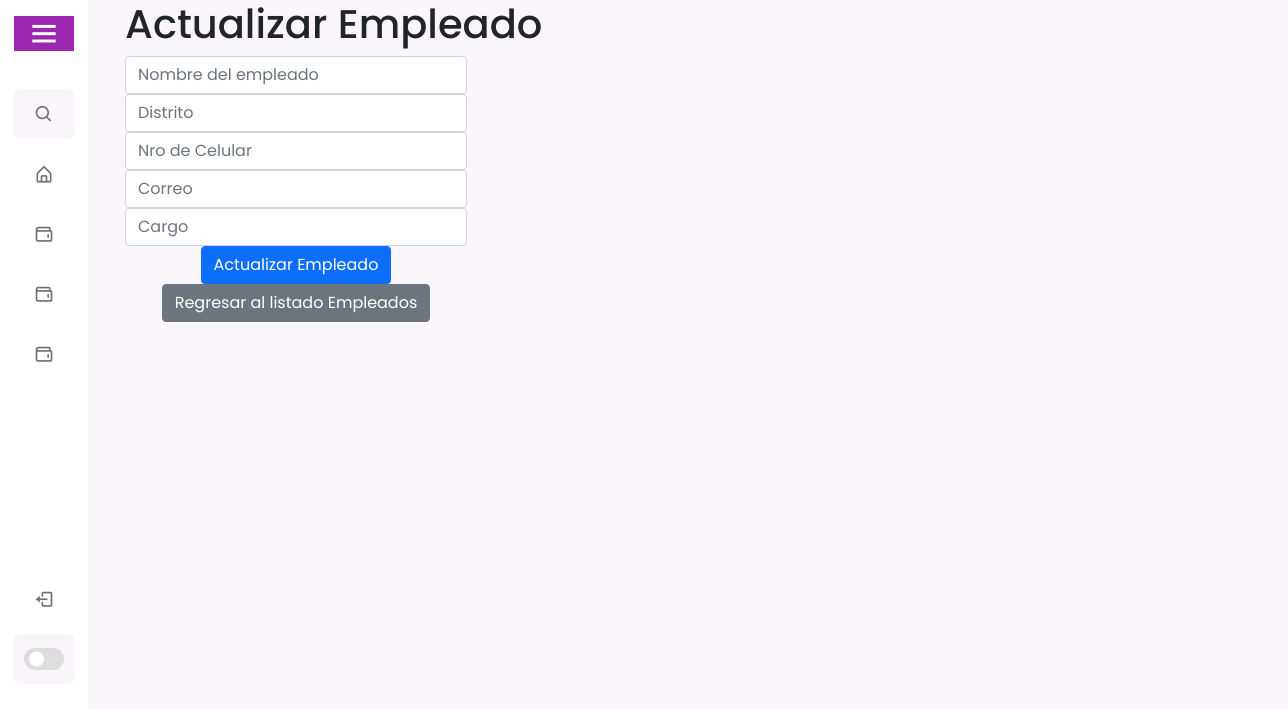
Repository: JersonRLP/ProyectoWebJSP
Page: http://localhost/CineHome/FrmActualizarEmpleado.jsp
The author's editor kept a copy of each file at every save. The page is drawn from the files as they stood at one save, then again after the next save.
The browser window is 1280 px wide. The page is 1288 px wide, so the pictures cover 1288 px, including what lies to the right of the window. The pictures show the whole page.
Some web libraries are served in a nearby version. The page is served by Tomcat 9.

Above is the page before, as saved 2024-10-31 14:21:06.
Console error: TypeError: Cannot read properties of undefined (reading 'fn')

After the next save:
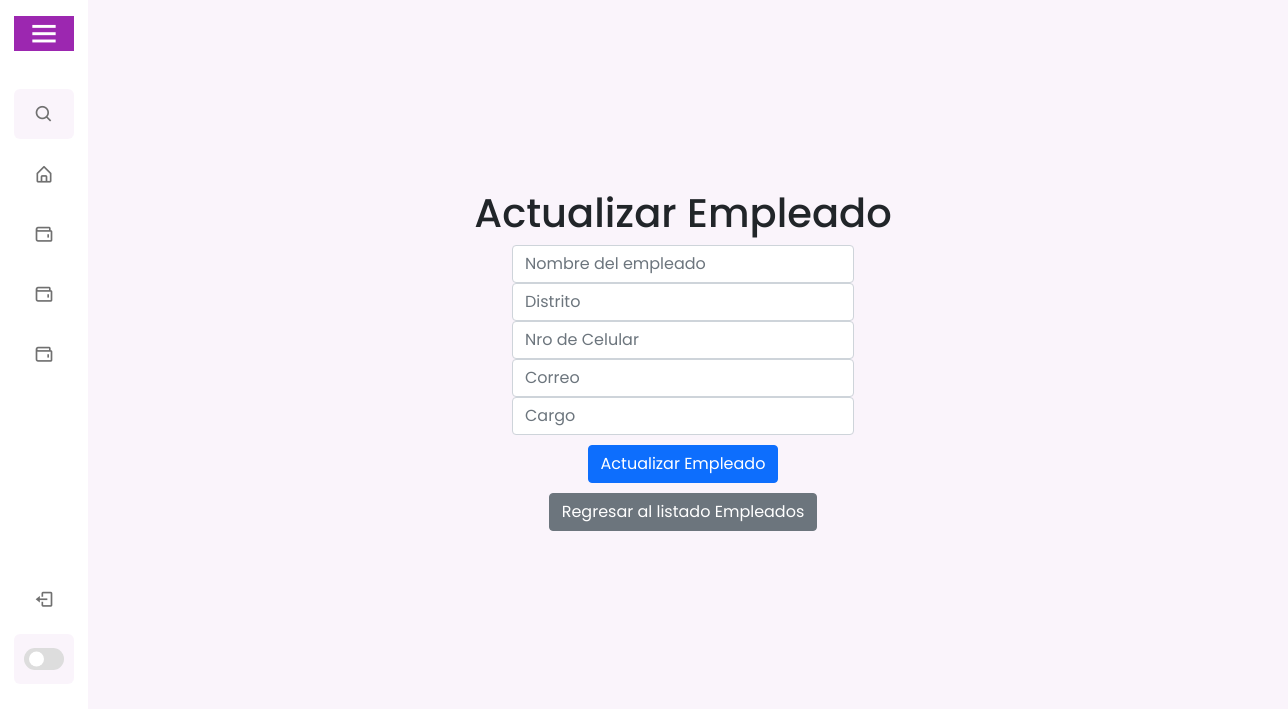
Saved 2 min 16 s later.
--- a/CineHome/WebContent/FrmActualizarEmpleado.jsp
+++ b/CineHome/WebContent/FrmActualizarEmpleado.jsp
@@ -13,7 +13,7 @@
 <script src="https://cdn.jsdelivr.net/npm/popper.js@1.12.9/dist/umd/popper.min.js"></script>
 <script src="https://cdn.jsdelivr.net/npm/bootstrap@4.0.0/dist/js/bootstrap.min.js"></script>
 
-
+<link rel="stylesheet" href="Estilos/updempleado.css">
 
 </head>
 
